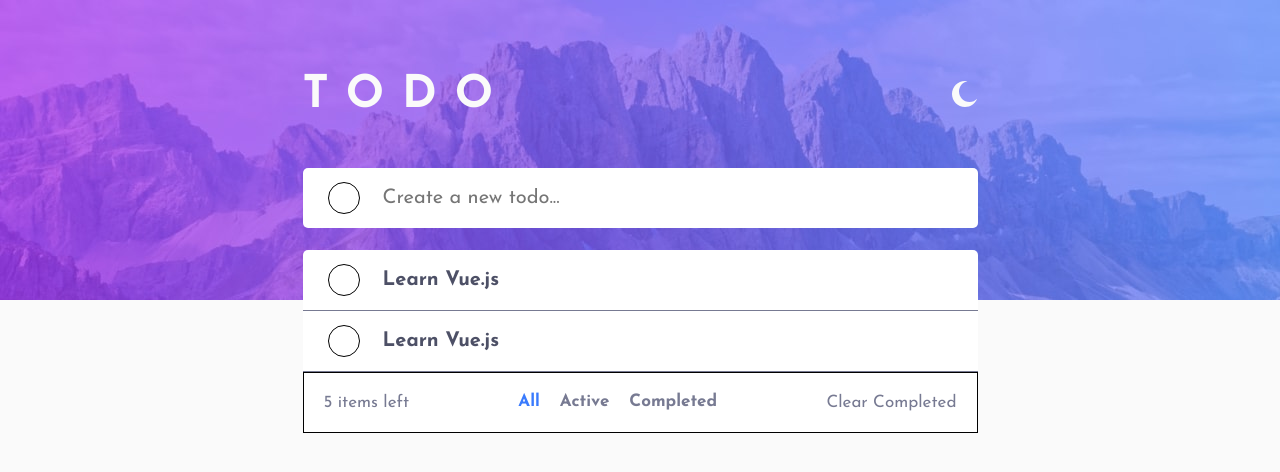
Repository: tomas938/todo-app
Page: /
These files come from the project's save history. The page is drawn as it stood at one moment and after the next save; the edit follows.
The browser window is 1280 px wide. The pictures show the whole page.
The project was rebuilt for these pictures with package versions that can differ from the ones it lists, and the page was loaded fresh each time.

Above is the page before, as saved 2021-08-18 12:11:58.

After the next save:
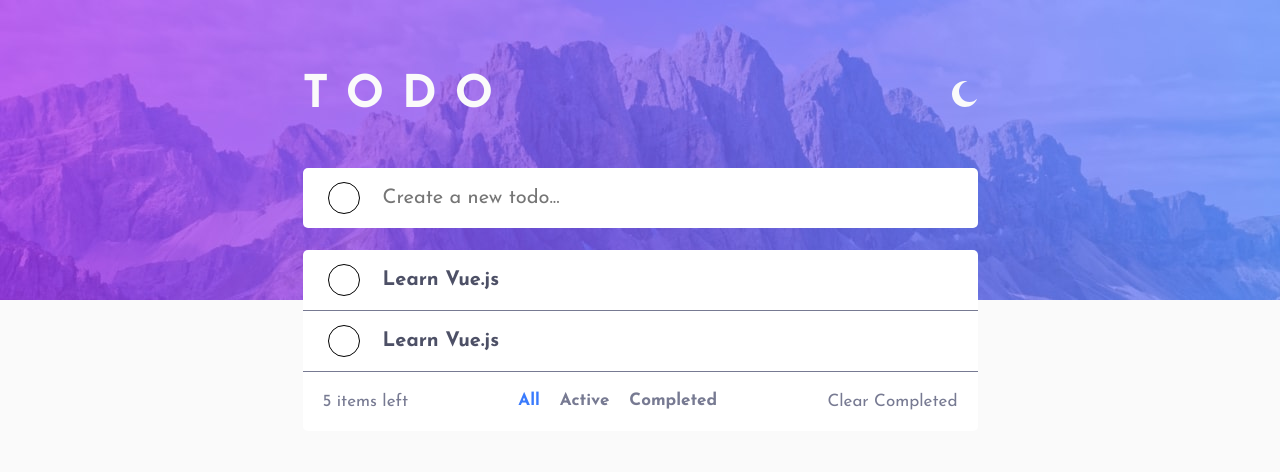
Saved 18 s later.
--- a/src/components/Todos.vue
+++ b/src/components/Todos.vue
@@ -85,7 +85,7 @@ main {
 .filters {
 	display: flex;
 	justify-content: space-between;
-	border: 1px solid black;
+	border: 1px solid --todo-border;
 	padding: 2rem;
 	.filter {
 		display: flex;
